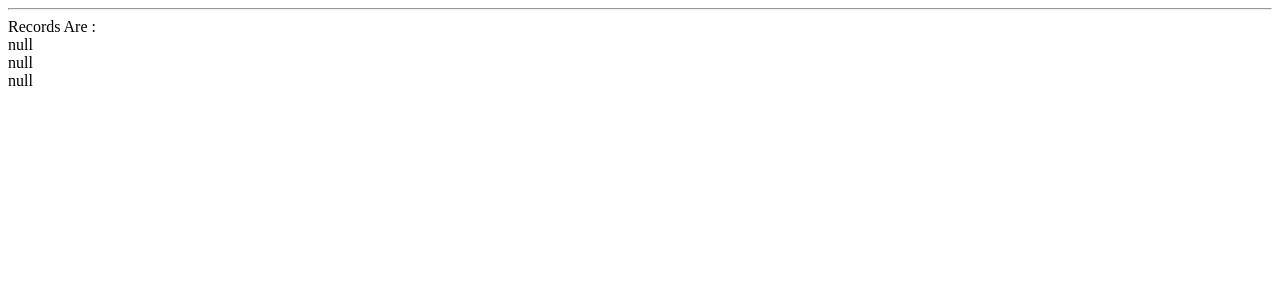
Repository: Sunil-731820/AllWorkingModels
Page: http://localhost/JSFUsingBean/process.jsp
These files come from the project's save history. The page is drawn as it stood at one moment and after the next save; the edit follows.
The browser window is 1280 px wide. The pictures show the whole page.
The page is served by Tomcat 9.

Above is the page before, as saved 2022-10-27 10:56:43.

After the next save:
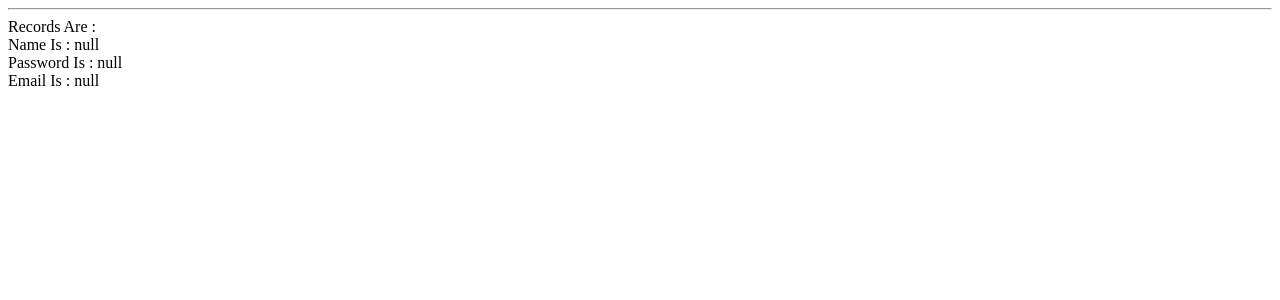
Saved 34 s later.
--- a/HibernatesProject/JSFUsingBean/src/main/webapp/process.jsp
+++ b/HibernatesProject/JSFUsingBean/src/main/webapp/process.jsp
@@ -13,9 +13,9 @@
 <hr>
 Records Are :<br>
 
-<jsp:getProperty property="name" name="u"/><br>
-<jsp:getProperty property="password" name="u"/><br>
-<jsp:getProperty property="email" name="u"/><br>
+Name Is : <jsp:getProperty property="name" name="u"/><br>
+Password Is : <jsp:getProperty property="password" name="u"/><br>
+Email Is : <jsp:getProperty property="email" name="u"/><br>
 
 
 </body>
